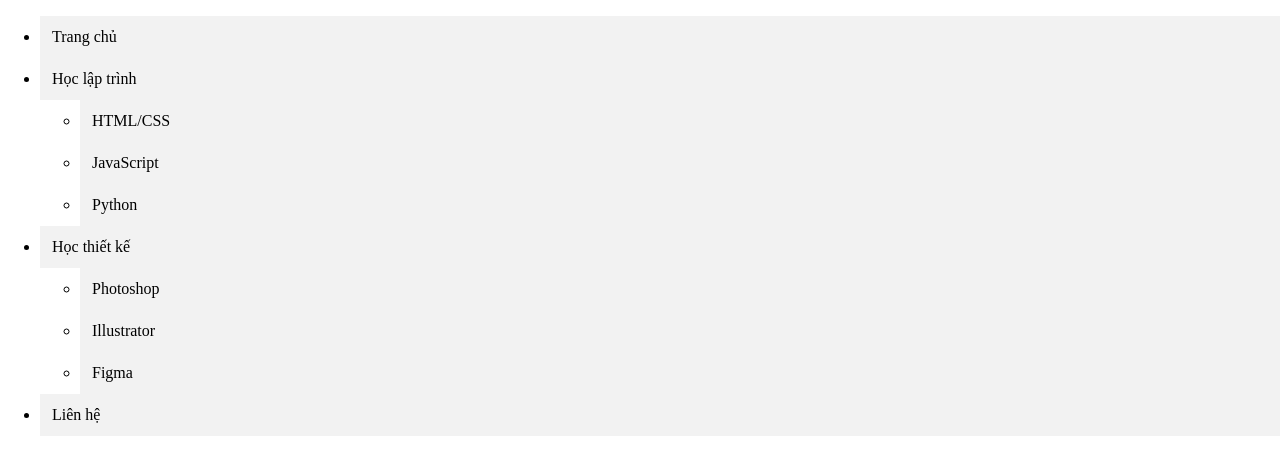
Repository: G1tHub-zer0/BTTH
Page: BTCSS/bai16+20.html
An editor plug-in stored every save of this project. The page is shown before and after a run of saves, followed by the edit.
The browser window is 1280 px wide. The pictures show the whole page.

Above is the page before, as saved 2024-03-22 19:30:05.

After the next 2 saves:
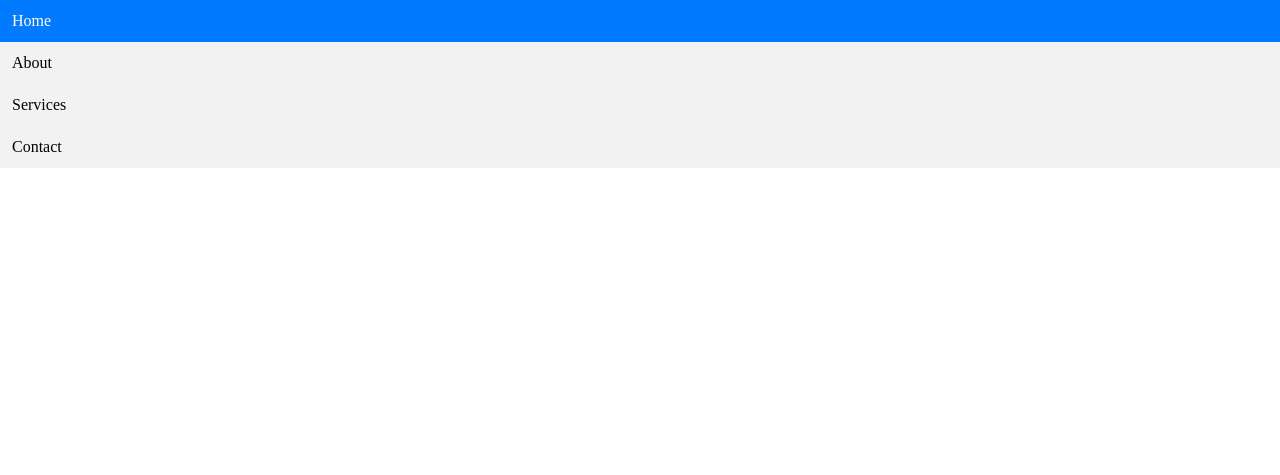
The 2 saves are shown as one change because they came seconds apart.
The last was saved 8 s later.
--- a/BTCSS/bai16+20.html
+++ b/BTCSS/bai16+20.html
@@ -10,28 +10,12 @@
 </head>
 
 <body>
-    <nav class="menu">
-        <ul>
-            <li><a href="#">Trang chủ</a></li>
-            <li>
-                <a href="#">Học lập trình</a>
-                <ul class="submenu">
-                    <li><a href="#">HTML/CSS</a></li>
-                    <li><a href="#">JavaScript</a></li>
-                    <li><a href="#">Python</a></li>
-                </ul>
-            </li>
-            <li>
-                <a href="#">Học thiết kế</a>
-                <ul class="submenu">
-                    <li><a href="#">Photoshop</a></li>
-                    <li><a href="#">Illustrator</a></li>
-                    <li><a href="#">Figma</a></li>
-                </ul>
-            </li>
-            <li><a href="#">Liên hệ</a></li>
-        </ul>
-    </nav>
+    <div class="menu">
+        <a href="#" class="active">Home</a>
+        <a href="#">About</a>
+        <a href="#">Services</a>
+        <a href="#">Contact</a>
+    </div>
 </body>
 
 </html>
